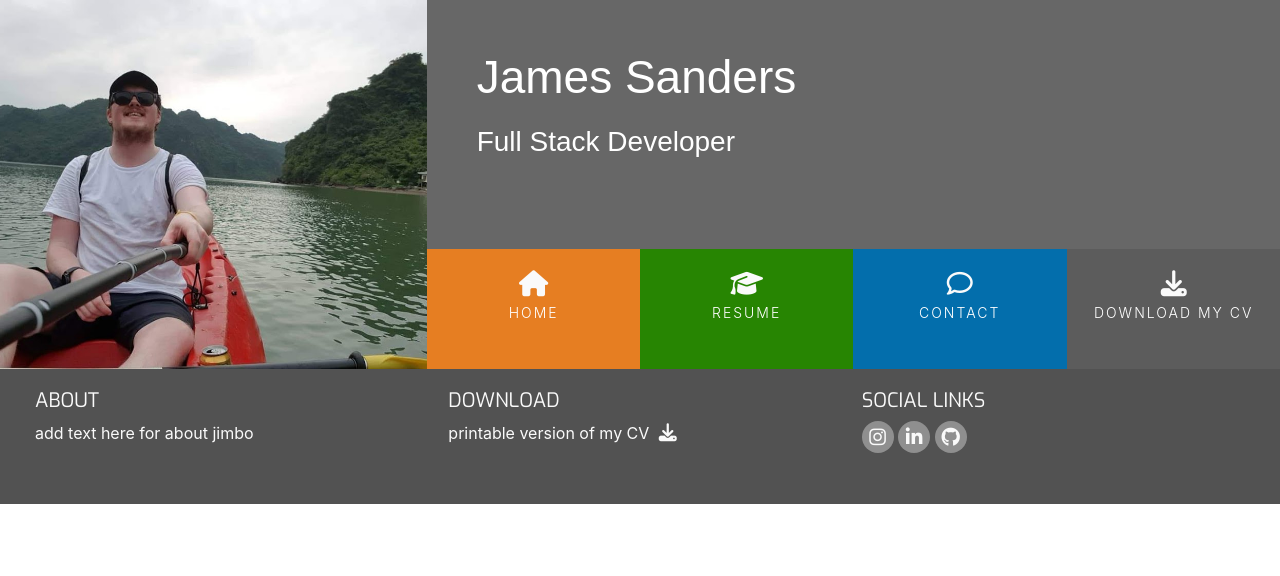
Repository: JaySanders95/my-online-resume
Page: index.html
An editor plug-in stored every save of this project. The page is shown before and after the next save, followed by the edit.
The browser window is 1280 px wide. The pictures show the whole page.
Some web fonts or font styles are not loaded; a fallback is used. Some web libraries are served in a nearby version.

Above is the page before, as saved 2023-04-19 18:37:51.

After the next save:
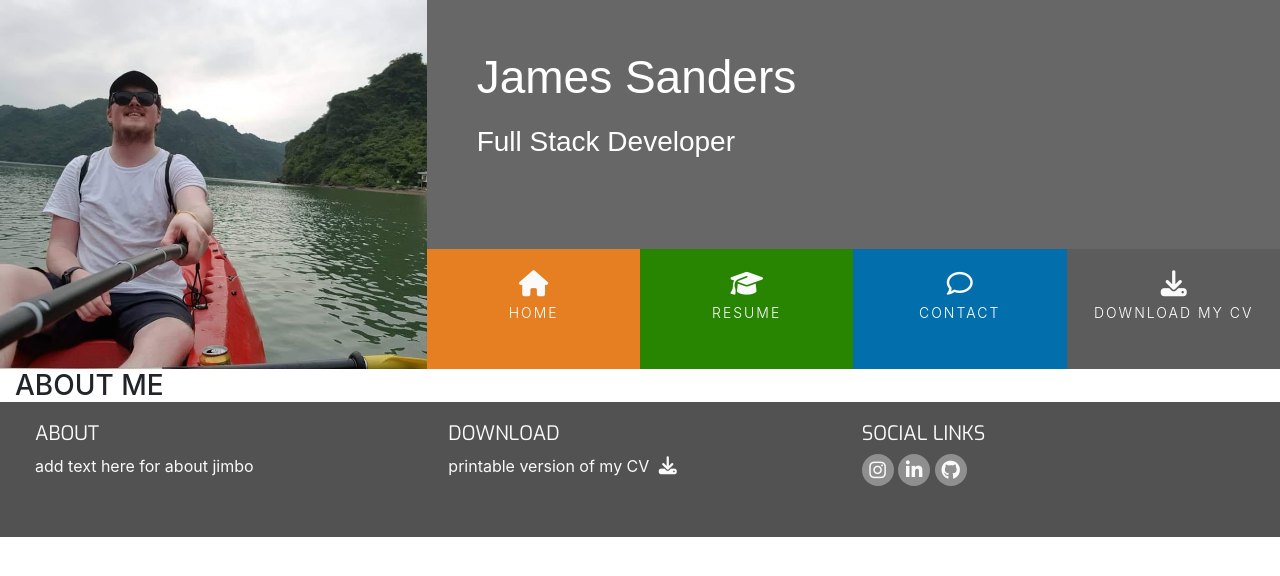
Saved 2 min 54 s later.
--- a/index.html
+++ b/index.html
@@ -48,6 +48,11 @@
     <section class="container-fluid">
         <div class="row row-table">
             <div class="col-md-8 bg-color-three-reasons section-column">
+                <div class="row">
+                    <div class="col">
+                        <h3 class="section-heading uppercase">About me</h3>
+                    </div>
+                </div>
 
             </div>
         </div>
